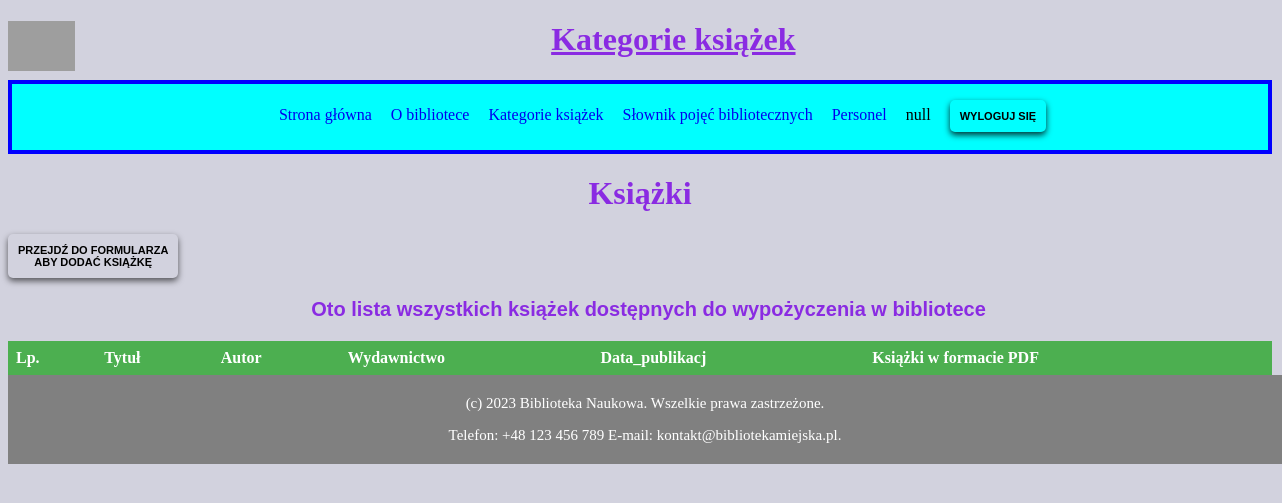
Repository: Dominik098/projekt
Page: http://localhost/biblioteka/C_Kategorie książek.jsp
These files come from the project's save history. The page is drawn as it stood at one moment and after the next save; the edit follows.
The browser window is 1280 px wide. The page is 1282 px wide, so the pictures cover 1282 px, including what lies to the right of the window. The pictures show the whole page.
Pictures or frames that could not be fetched are drawn as grey boxes. The page is served by Tomcat 9. Other server files are loaded and not shown. Queries for data that is not in the repository find no rows.

Above is the page before, as saved 2023-06-01 12:57:12.

### java projekt/biblioteka/src/main/webapp/C_Kategorie książek.jsp
<%@ page language="java" contentType="text/html; charset=UTF-8"%>


<%@ page import="java.sql.*" %>


 <!DOCTYPE html>
<html lang="en">

<head>
    <meta charset="UTF-8">
    <meta http-equiv="X-UA-Compatible" content="IE=edge">
    <meta name="viewport" content="width=device-width, initial-scale=1.0">
    <link rel="stylesheet" href="C_kategorie.css" type="text/css">

    <link rel="icon" type="image/png" href="3.png" sizes="96x96" />
    <title>Kategorie książek </title>



</head>

<body>
    <tr>
        <td align="center"><img src="logo.jpg" name="ksiazka" align="left" weight="90px" height="50px"></td>
    </tr>
    <h1>
        <center><u>Kategorie książek</u></center>
    </h1>
    <header>
        <nav>
            <ul>
                <li class="znacznik" ><a href="A_strona-gl.jsp">Strona główna</a></li>
                <li class="znacznik" ><a href="B_O bibiotece.jsp">O bibliotece</a></li>
                <li  class="znacznik"><a href="C_Kategorie książek.jsp">Kategorie książek </a></li>
                <!--   <li><a href="D_Wypożyczenia.jsp">Wypożyczane </a></li>-->
                <li class="znacznik"><a href="E_Słownik pojęć.jsp">Słownik pojęć bibliotecznych</a></li>
                <li class="znacznik"><a href="F_personel.jsp">Personel</a></li>
               <!-- <li class="znacznik"><a href="G_login.jsp">Logowanie</a></li>
                <li class="znacznik"><a href="H_rejestracja.jsp">Rejestracja</a></li>-->

                <li ><a > <%=session.getAttribute("email-login") %> </a></li>
                <li  ><a href= "logout"><button class="wyloguj" >Wyloguj się</button></a></li>


            </ul>

        </nav>

    </header>
	    <h1>Książki </h1>




 <a href="Dodaj_ksiazke.jsp"><button class="dodanie" onclick="return promptForPassword()">Przejdź do formularza<br> aby dodać książkę</button></a>



<script>
        // Funkcja sprawdzająca hasło
        function promptForPassword() {
            var password = prompt("Proszę wprowadzić hasło:");

            // Sprawdzenie, czy wprowadzone hasło jest poprawne
            if (password === "1234") {
                return true; // Kontynuuj przekierowanie
            } else {
                alert("Nieprawidłowe hasło!"); // Wyświetl komunikat
                return false; // Zatrzymaj przekierowanie
            }
        }
    </script>


    <h3>Oto lista wszystkich książek dostępnych do wypożyczenia w bibliotece </h3>

<table>
    <tr>
        <th>Lp.</th>
        <th>Tytuł</th>
        <th>Autor</th>
        <th>Wydawnictwo</th>
        <th>Data_publikacj</th>
        <th>Książki w formacie PDF</th>


    </tr>
    <%
        try {
            // Połączenie z bazą danych
            String url = "jdbc:mysql://localhost:3306/Biblioteka";
            String user = "root";
            String password = "P@ssw0rd";
            Connection conn = DriverManager.getConnection(url, user, password);

            // Zapytanie SQL
            String sql = "SELECT * FROM Książki";
            PreparedStatement ps = conn.prepareStatement(sql);
            ResultSet rs = ps.executeQuery();

            // Wyświetlenie wyników zapytania
            int i=0;
            while (rs.next()) { i++;
                String tytuł = rs.getString("tytuł");
                String autor = rs.getString("autor");
                String wydawnictwo = rs.getString("wydawnictwo");
                String data_publikacji = rs.getString("data_publikacji");
                String pdf_link = rs.getString("pdf");



    %>
        <tr>
            <td><%= i %></td>
            <td><%= tytuł %></td>
            <td><%= autor %></td>
            <td><%= wydawnictwo %></td>
            <td><%= data_publikacji %></td>
            <td>
    <a href="<%= request.getContextPath() + pdf_link %>" target="_blank" download><button class="pobierz">Pobierz książkę </button></a>
</td>


        </tr>
    <%
            }
            // Zamykanie połączenia z bazą danych
            rs.close();
            ps.close();
            conn.close();
        } catch (SQLException e) {
            e.printStackTrace();
        }
    %>
</table>





<script>
    // Funkcja pobierająca plik PDF
    function pobierzPDF(link) {
        window.location.href = link;
    }
</script>



    <footer>
        <p>(c) 2023 Biblioteka Naukowa. Wszelkie prawa zastrzeżone.</p>
        <p>Telefon: +48 123 456 789  E-mail: kontakt@bibliotekamiejska.pl.</p>

    </footer>



</body>

</html>

### java projekt/biblioteka/src/main/webapp/C_kategorie.css
body {
    background-color: rgb(210, 210, 222);

}

header {
    border: 4px;
    background-color: aqua;
    border: 4px solid blue;
    padding-bottom: 2px;
}



h1 {
    text-align: center;
    color: blueviolet;

}

h3 {
    text-align: center;
    margin-left: 17px;
    color: blueviolet;
    font-family: Arial;
    font-size: 20px;

}




ul li {
    display: inline;
    margin-left: 5px;
    padding: 5px;

}

ul {
    text-align: center;
}

a {
    padding-top: 5px;
    padding-bottom: 5px;
    text-decoration: none;
}






footer {
    text-align: center;
    font-size: 15px;
    color: white;
    background-color: gray;


    bottom: 0;
    margin-top: auto;
    width: 100%;
    padding: 5px;
}



table {
        background-color: #f9f9f9;
        border-collapse: collapse;
        width: 100%;
    }

    th, td {
        text-align: left;
        padding: 8px;
    }

    th {
        background-color: #4CAF50;
        color: white;
    }


    tr:hover {
  border-bottom: 2px solid red;
}


.pobierz{

  display: inline-block;
  padding: 10px 20px;
  font-size: 12px;
  font-weight: bold;
  text-align: center;
  text-transform: uppercase;
  color: #fff;
  background-color: #4CAF50;
  border: none;
  border-radius: 5px;
  box-shadow: 0 3px 6px rgba(0, 0, 0, 0.3);
  cursor: pointer;
  transition: background-color 0.3s ease;
}

.pobierz:hover {
  background-color: #0056b3;
}

.klik {
  background-color: transparent;
  border: none;
  cursor: pointer;
  background-color:  aqua;
  border: none;
  border-radius: 5px;
  box-shadow: 0 3px 6px rgba(0, 0, 0, 0.1);
  font-size: 11px;
  font-weight: bold;
  text-align: center;
}

.klik:hover {
  background-color: #0056b3;
  color: #ffffff;
}

.wyloguj{

  display: inline-block;
  padding: 10px 10px;
  font-size: 11px;
  font-weight: bold;
  text-align: center;
  text-transform: uppercase;
  color: black;
  background-color:  aqua;
  border: none;
  border-radius: 5px;
  box-shadow: 0 3px 6px rgba(0, 0, 0, 0.8);
  cursor: pointer;
  transition: background-color 0.3s ease;
}

.wyloguj:hover {
  background-color: #0056b3;
}
 .dodanie{
 display: inline-block;
  padding: 10px 10px;
  font-size: 11px;
  font-weight: bold;
  text-align: center;
  text-transform: uppercase;
  color: black;
  background-color:  rgb(210, 210, 222);
  border: none;
  border-radius: 5px;
  box-shadow: 0 3px 6px rgba(0, 0, 0, 0.6);
  cursor: pointer;
  transition: background-color 0.3s ease;

 }
 .dodanie:hover{
 background-color: #0056b3;
 }
#info{
	text-align: center;

}
 #info_przycisk {
        background-color: #4CAF50;
        color: #fff;
        border: none;
        padding: 5px 10px;
        border-radius: 4px;

        cursor: pointer;
        transition: background-color 0.3s ease;
    }

After the next save:
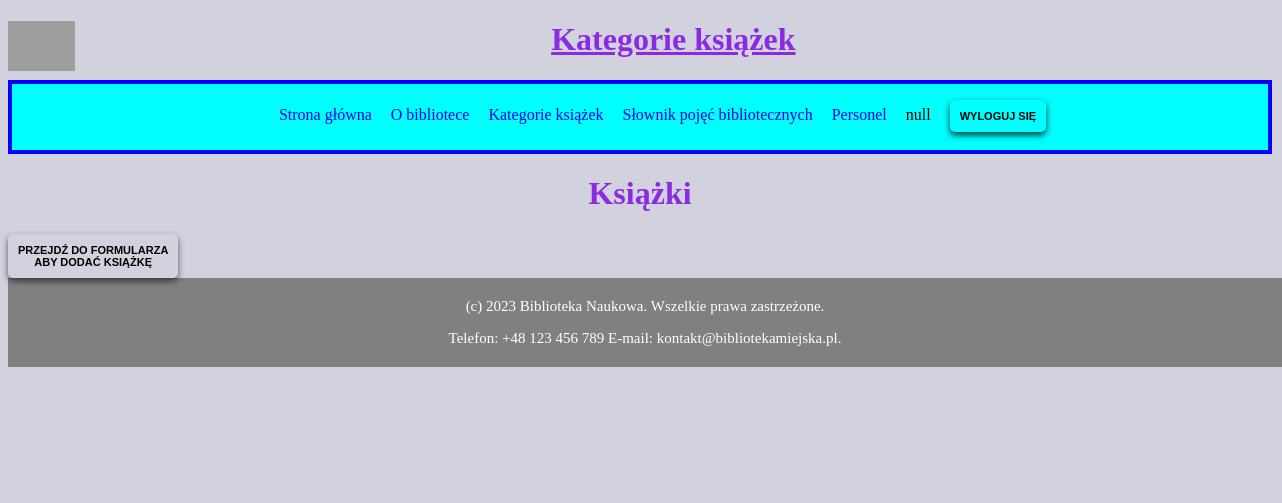
Console error: SyntaxError: Unexpected token '<'
Saved 3 h 38 min later.
--- a/java projekt/biblioteka/src/main/webapp/C_Kategorie książek.jsp
+++ b/java projekt/biblioteka/src/main/webapp/C_Kategorie książek.jsp
@@ -56,21 +56,24 @@
  <a href="Dodaj_ksiazke.jsp"><button class="dodanie" onclick="return promptForPassword()">Przejdź do formularza<br> aby dodać książkę</button></a>
 
 
+<script>
+// Funkcja sprawdzająca hasło
+function promptForPassword() {
+    var passwordField = document.getElementById("password");
+    var password = passwordField.value;
 
+    // Zmiana typu pola na "password"
+    passwordField.type = "password";
+
+    // Sprawdzenie, czy wprowadzone hasło jest poprawne
+    if (password === "1234") {
+        return true; // Kontynuuj przekierowanie
+    } else {
+        alert("Nieprawidłowe hasło!"); // Wyświetl komunikat
+        return false; // Zatrzymaj przekierowanie
+    }
+}
 <script>
-        // Funkcja sprawdzająca hasło
-        function promptForPassword() {
-            var password = prompt("Proszę wprowadzić hasło:");
-
-            // Sprawdzenie, czy wprowadzone hasło jest poprawne
-            if (password === "1234") {
-                return true; // Kontynuuj przekierowanie
-            } else {
-                alert("Nieprawidłowe hasło!"); // Wyświetl komunikat
-                return false; // Zatrzymaj przekierowanie
-            }
-        }
-    </script>
 
 
     <h3>Oto lista wszystkich książek dostępnych do wypożyczenia w bibliotece </h3>

After the save that followed:
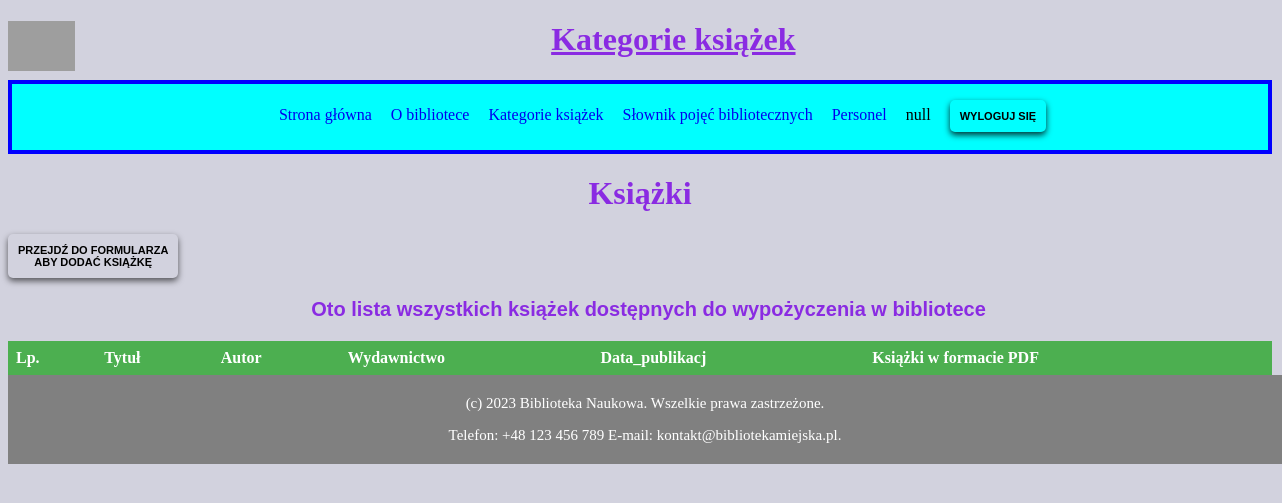
The error is gone.
Saved 93 s later.
--- a/java projekt/biblioteka/src/main/webapp/C_Kategorie książek.jsp
+++ b/java projekt/biblioteka/src/main/webapp/C_Kategorie książek.jsp
@@ -56,8 +56,9 @@
  <a href="Dodaj_ksiazke.jsp"><button class="dodanie" onclick="return promptForPassword()">Przejdź do formularza<br> aby dodać książkę</button></a>
 
 
+
 <script>
-// Funkcja sprawdzająca hasło
+//Funkcja sprawdzająca hasło
 function promptForPassword() {
     var passwordField = document.getElementById("password");
     var password = passwordField.value;
@@ -73,7 +74,8 @@
         return false; // Zatrzymaj przekierowanie
     }
 }
-<script>
+
+    </script>
 
 
     <h3>Oto lista wszystkich książek dostępnych do wypożyczenia w bibliotece </h3>
